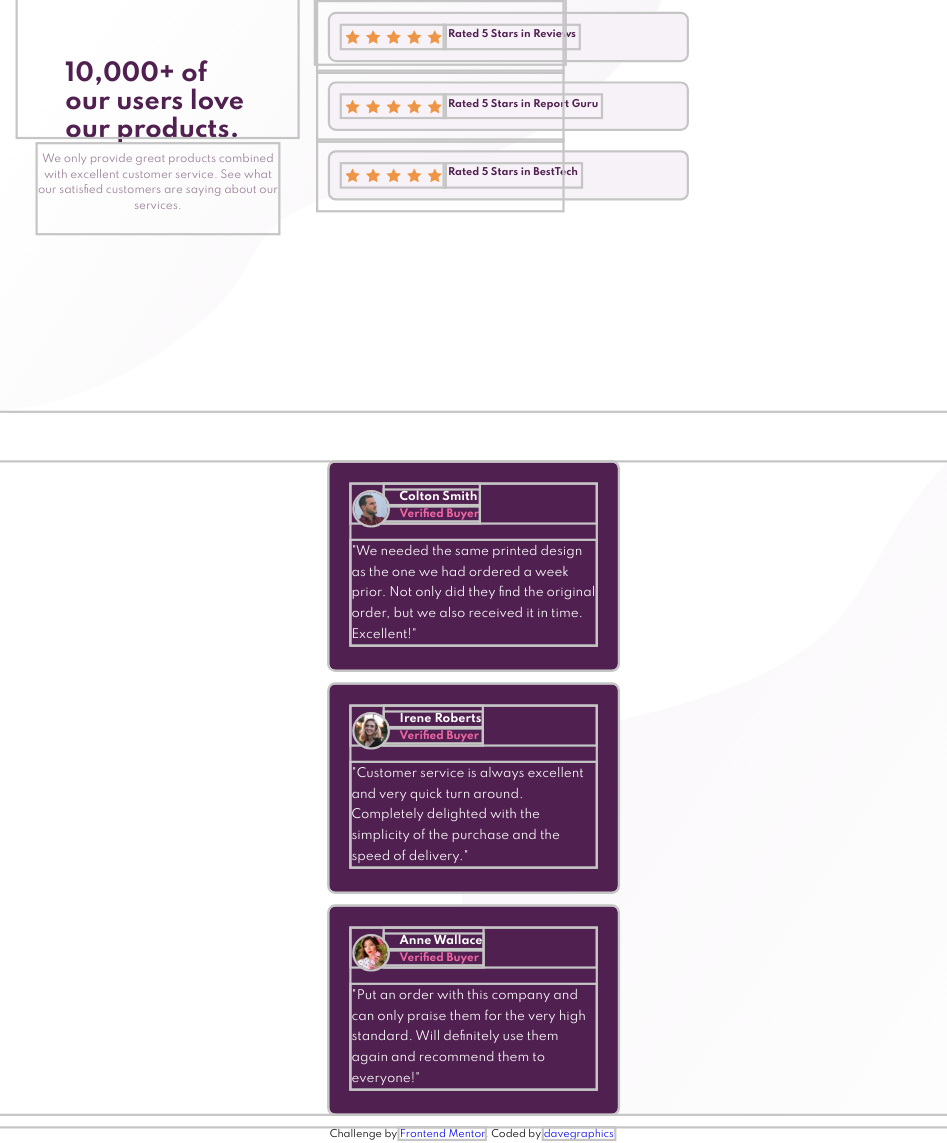
Repository: DejV44/social-proof-section-master
Page: index.html
The author's editor kept a copy of each file at every save. The page is drawn from the files as they stood at one save, then again after the next save.
The browser window is 1280 px wide. The pictures show the whole page, at 74% of full size.
The style sheet was rebuilt from its Sass, Less or Tailwind sources for each picture, by a compiler version that may differ from the author's.

Above is the page before, as saved 2021-06-21 20:41:41.

After the next save:
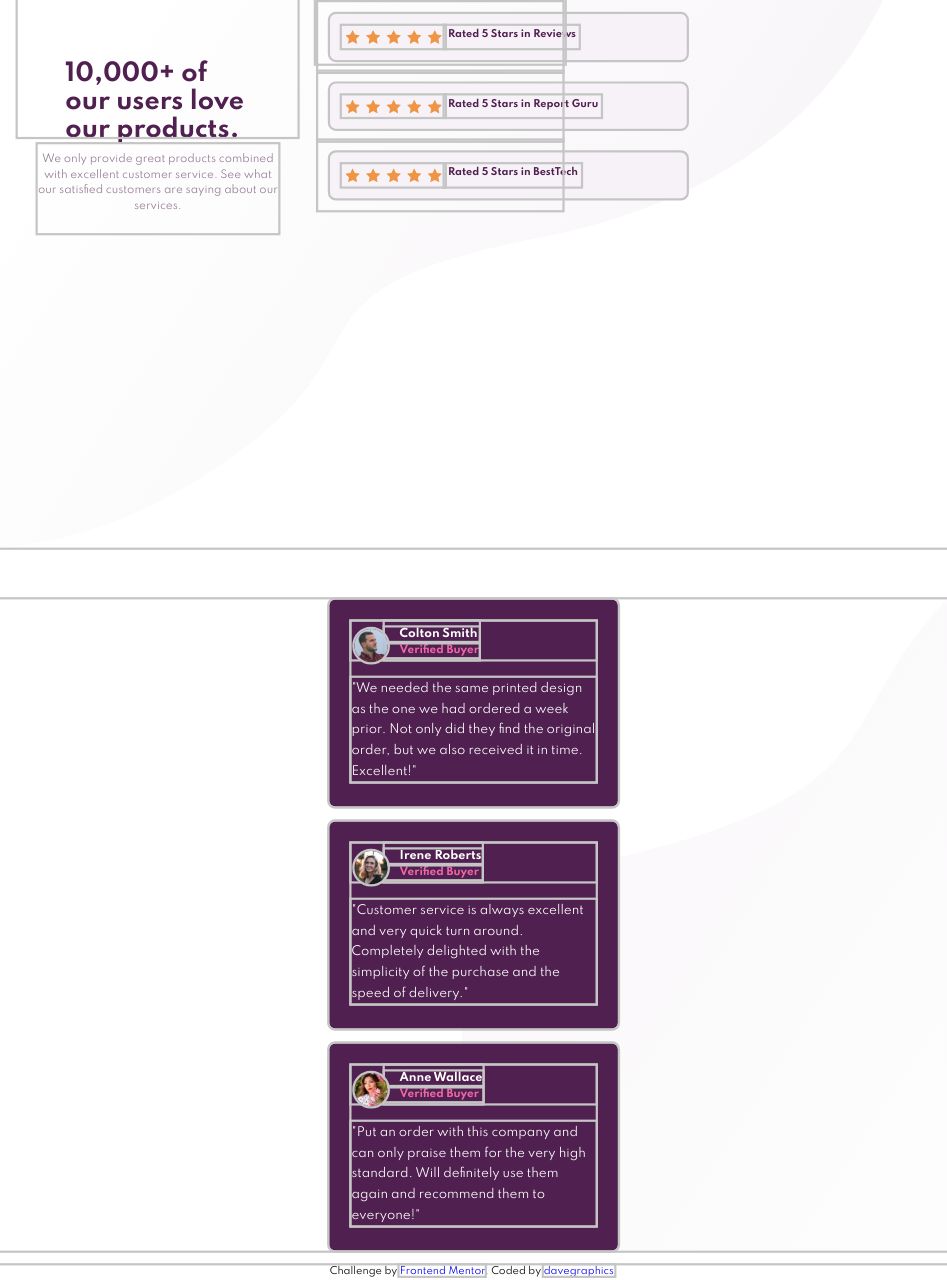
Saved 16 s later.
--- a/css/main.scss
+++ b/css/main.scss
@@ -176,7 +176,7 @@
         background-size: auto;
         display: grid;
         grid-template-columns: 1fr 1fr 1fr;
-        grid-template-rows: 1fr 1fr 1fr;
+        grid-template-rows: 1fr 1fr 1fr 1fr;
 
 
         .item-1 {

After the save that followed:
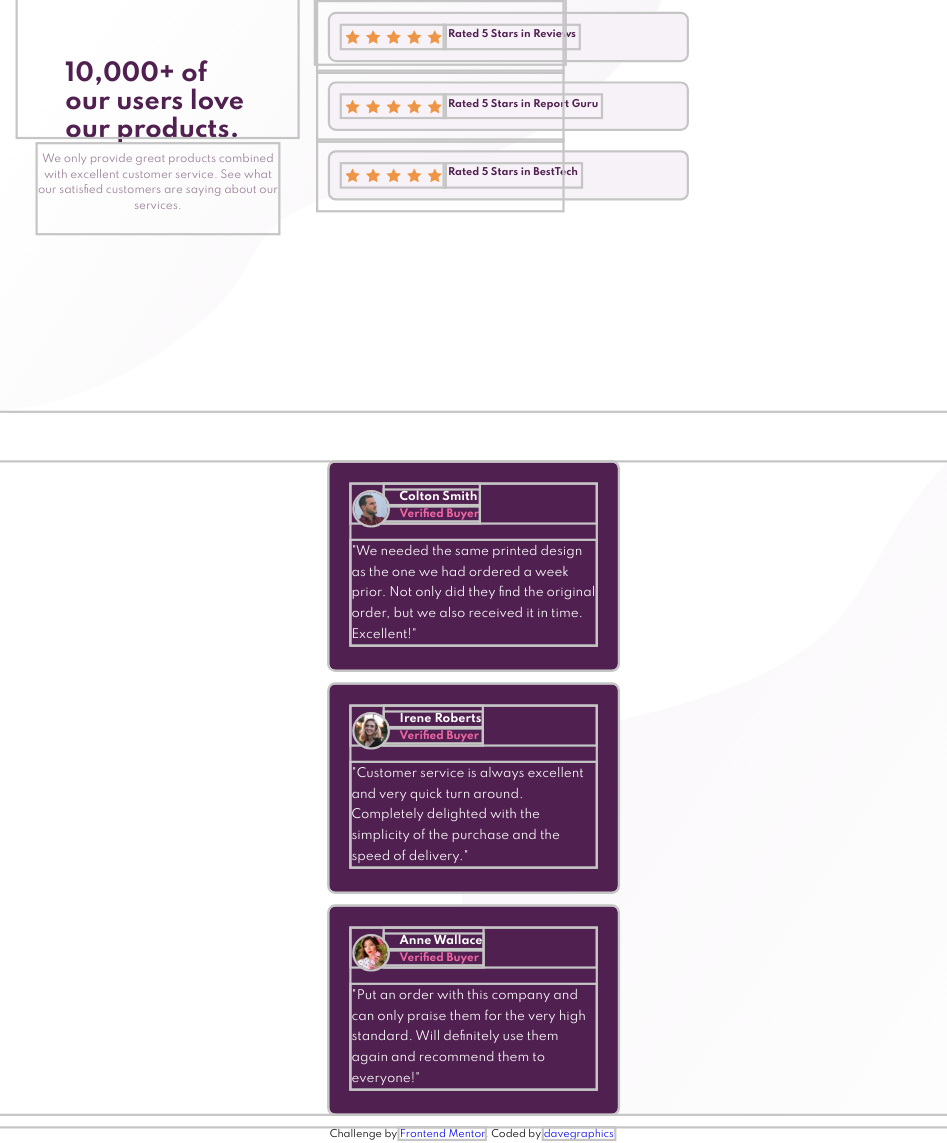
Saved 86 s later.
--- a/css/main.scss
+++ b/css/main.scss
@@ -176,7 +176,7 @@
         background-size: auto;
         display: grid;
         grid-template-columns: 1fr 1fr 1fr;
-        grid-template-rows: 1fr 1fr 1fr 1fr;
+        grid-template-rows: 1fr 1fr 1fr;
 
 
         .item-1 {
@@ -210,7 +210,7 @@
         }
 
         grid-template-areas:
-        "1 3"
+        "0 0"
         "2 4"
         "2 5";
 
